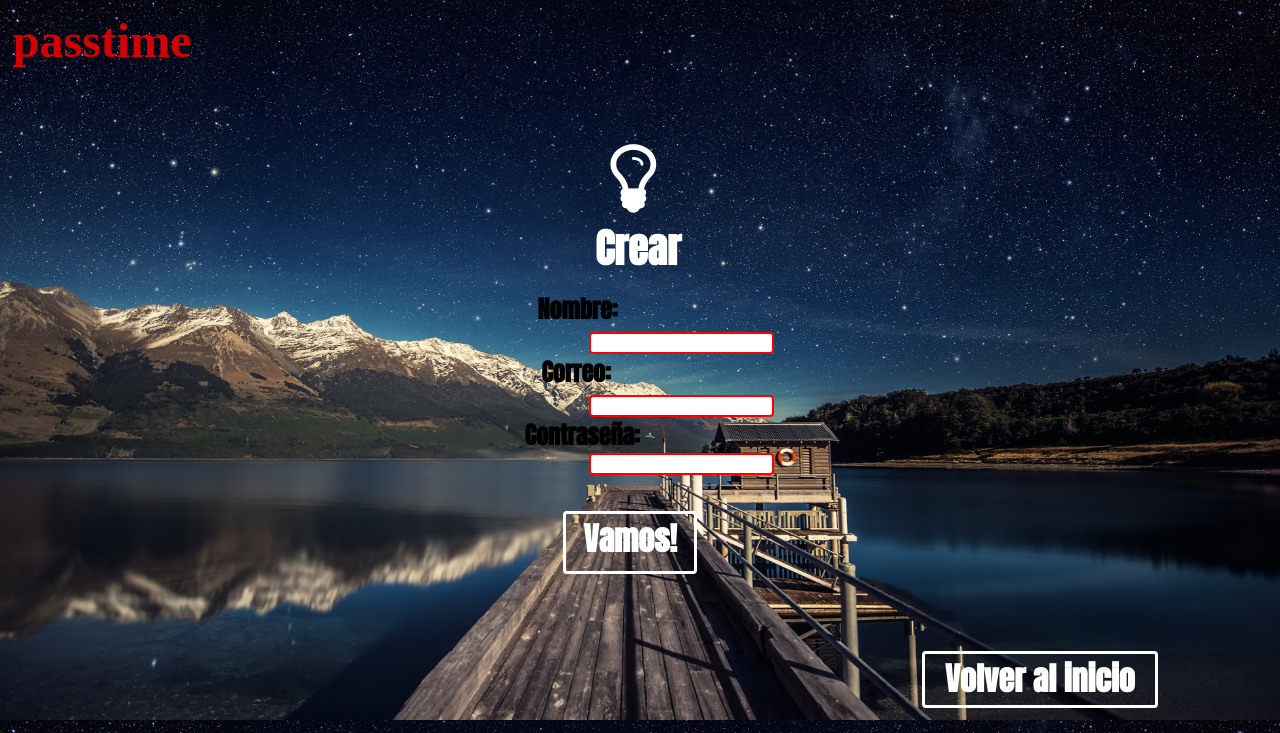
Repository: PassTimeOp/passtimeop.github.io
Page: signup.html
The author's editor kept a record of every edit. The page is drawn from the files as they stood at one moment, then again after the next edit.
The browser window is 1280 px wide. The pictures show the whole page.
Backgrounds fixed to the window are drawn as part of the page. Some web fonts or font styles are not loaded; a fallback is used.

Above is the page before.

### signup.html
<!DOCTYPE HTML>
<html>
    <head>
        <link type="text/css" rel="stylesheet" href="signupStyle.css"/>
        <link rel="stylesheet" href="font-awesome-4.7.0/css/font-awesome.min.css">
        <link href="https://fonts.googleapis.com/css?family=Anton|Arvo|Shrikhand" rel="stylesheet">
        <title>acceder | passtime</title>
    </head>

    <body>
        <h1 id="title">passtime</h1>

        <i class="fa fa-lightbulb-o fa-5x" aria-hidden="true"></i>

        <h1 id="acceder">Crear</h1>


        <div id="data">
            <h4 id="nombre">Nombre:</h4><input type="text" name="nombre">
            <h4 id="correo">Correo:</h4><input type="text" name="correo">
            <h4 id="pass">Contraseña:</h4><input type="password" name="psw">
        </div>

        <div class="buttons" id="vamos"><a href="Calendario/calendario.html" style="text-decoration: none"><h3>Vamos!</h3></a></div>
        <div class="buttons" id="volver"><a href="index.html" style="text-decoration: none"><h3>Volver al inicio</h3></a></div>
    </body>
</html>

### signupStyle.css
html, body{
  width: 100%;
  height: 100%;
  margin: 0;
  padding: 0;
}

body {
  background-image: url(signup.jpg);
  background-size: cover;
  background-position: center;
  width: 100%;
  height: 100%;
  background-repeat: no-repeat;
  background-attachment: fixed;
}

#title {
  font-family: 'Shrikhand', cursive;
  font-size: 300%;
  margin-top: 1%;
  margin-left: 1%;
  display: block;
  color: rgba(255, 0, 0, 0.82);
}

#acceder {
  font-family: 'Anton', sans-serif;
  color: #FFF;
  margin: 0% 0% 0% 46.5%;
  display: block;
  font-size: 250%;
}

i {
  margin: 3% 1% 0% 47.7%;
  color: #FFF;
  display: block;
}

input {
  display: inline-block;
  border-radius: 4px;
  border: 2px solid red;
  height: 20%;
  margin: 0% 0% 0% 30%;
}

#data {
  margin: 1% 0% 0% 40%;
  height: 11%;
  width: 20%;
  display: inline-block;
}

h4 {
  font-size: 150%;
  font-family: 'Anton', sans-serif;
  color: #000;
}

#nombre {
  display: block;
  margin: 0% 1% 2% 10%;
}


#correo {
  display: block;
  margin: 0% 1% 2% 11.5%;
}

#pass {
  display: block;
  margin: 0% 0% 0% 5%;
}


.buttons {
  border: 3px solid #FFF;
  border-radius: 4px;
}

h3 {
  font-family: 'Anton', sans-serif;
  margin: 0% 0% 0% 0%;
  text-align: center;
  font-size: 200%;
  color: #FFF;
}

#vamos {
  width: 10%;
  height: 8%;
  padding: 0%;
  display: block;
  margin: 3% 0% 0% 44%;
}

#volver {
  width: 18%;
  height: 7%;
  padding: 0%;
  margin: 6% 0% 0% 72%;
  display: block;
}

Loaded but not shown: font-awesome-4.7.0/css/font-awesome.min.css (library)

After the next edit:
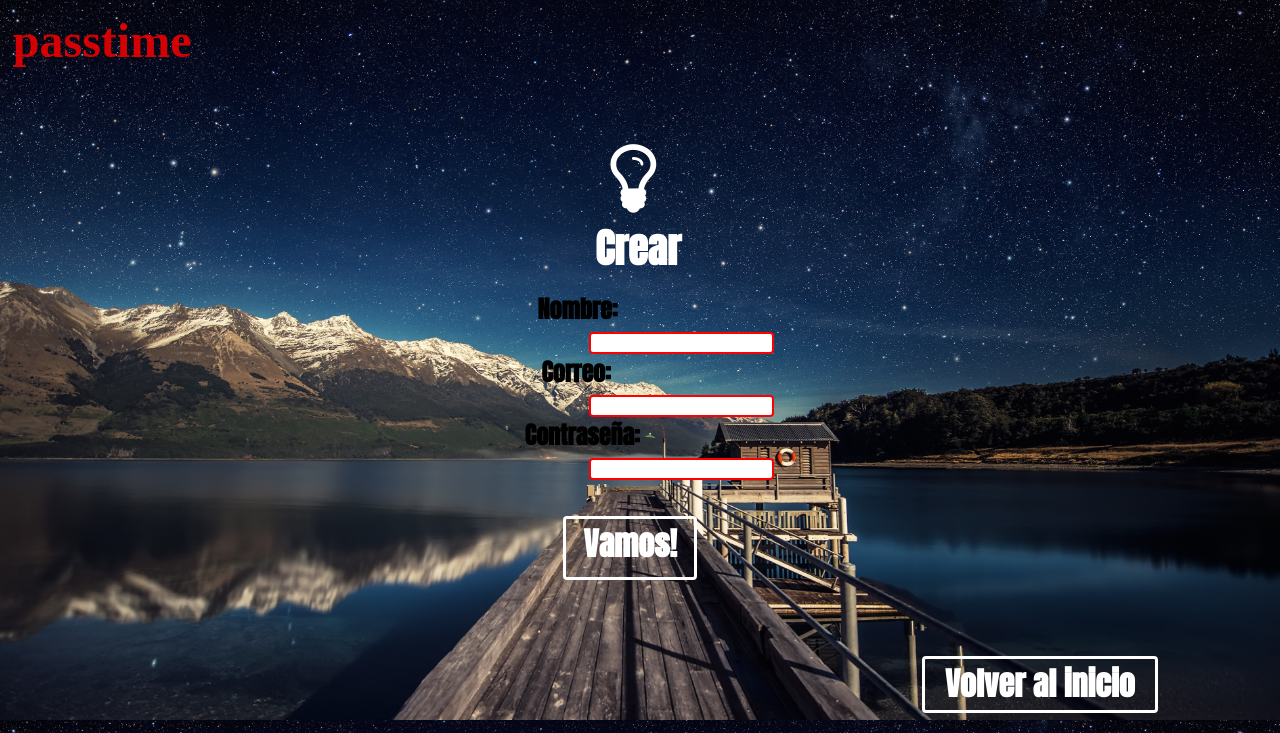
The edit:
--- a/signupStyle.css
+++ b/signupStyle.css
@@ -72,7 +72,7 @@
 
 #pass {
   display: block;
-  margin: 0% 0% 0% 5%;
+  margin: 0% 0% 2% 5%;
 }
 
 
